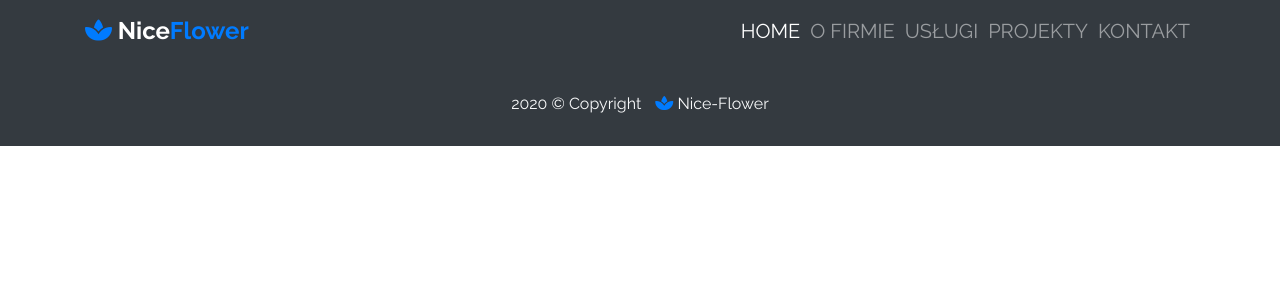
Repository: KrzysKolo/Projekt-13_Kwiaciarnia
Page: abouteus.html
The author's editor kept a copy of each file at every save. The page is drawn from the files as they stood at one save, then again after the next save.
The browser window is 1280 px wide. The pictures show the whole page.
Some web libraries are served in a nearby version.

Above is the page before, as saved 2020-08-10 02:43:42.

### abouteus.html
<!DOCTYPE html>
<html lang="pl">
  <head>
    <meta charset="UTF-8" />
    <meta name="viewport" content="width=device-width, initial-scale=1.0" />
    <title>Nice-Flower</title>
    <script
      src="https://kit.fontawesome.com/21efeaf281.js"
      crossorigin="anonymous"
    ></script>

    <link
      rel="stylesheet"
      href="https://stackpath.bootstrapcdn.com/bootstrap/4.5.0/css/bootstrap.min.css"
      integrity="sha384-9aIt2nRpC12Uk9gS9baDl411NQApFmC26EwAOH8WgZl5MYYxFfc+NcPb1dKGj7Sk"
      crossorigin="anonymous"
    />
    <link
      href="https://fonts.googleapis.com/css2?family=Raleway:wght@400;700&display=swap"
      rel="stylesheet"
    />
    <link rel="stylesheet" href="style.css" />
  </head>
  <body>
    <nav class="navbar navbar-expand-lg navbar-dark bg-dark py-3">
      <div class="container">
        <a class="navbar-brand" href="#"
          ><i class="fas fa-spa text-primary"></i> Nice<span
            class="text-primary"
            >Flower</span
          ></a
        >
        <button
          class="navbar-toggler border-0"
          type="button"
          data-toggle="collapse"
          data-target="#navbarNavAltMarkup"
          aria-controls="navbarNavAltMarkup"
          aria-expanded="false"
          aria-label="Toggle navigation"
        >
          <i class="fas fa-bars px-4"></i>
        </button>
        <div class="collapse navbar-collapse" id="navbarNavAltMarkup">
          <div class="navbar-nav ml-auto">
            <a class="nav-link active" href="index.html"
              >Home <span class="sr-only">(current)</span></a
            >
            <a class="nav-link" href="abouteus.html">O firmie</a>
            <a class="nav-link" href="services.html">Usługi</a>
            <a class="nav-link" href="projects.html">Projekty</a>
            <a class="nav-link" href="contact.html">Kontakt</a>
          </div>
        </div>
      </div>
    </nav>

    <!-- MAIN -->
    <main></main>
    <footer class="bg-dark text-light">
      <p class="py-5 px-3 mb-0 text-center">
        2020 &copy; Copyright
        <i class="ml-3 fas fa-spa text-primary"></i> Nice-Flower
      </p>
    </footer>
    <script
      src="https://code.jquery.com/jquery-3.5.1.slim.min.js"
      integrity="sha384-DfXdz2htPH0lsSSs5nCTpuj/zy4C+OGpamoFVy38MVBnE+IbbVYUew+OrCXaRkfj"
      crossorigin="anonymous"
    ></script>
    <script
      src="https://cdn.jsdelivr.net/npm/popper.js@1.16.0/dist/umd/popper.min.js"
      integrity="sha384-Q6E9RHvbIyZFJoft+2mJbHaEWldlvI9IOYy5n3zV9zzTtmI3UksdQRVvoxMfooAo"
      crossorigin="anonymous"
    ></script>
    <script
      src="https://stackpath.bootstrapcdn.com/bootstrap/4.5.0/js/bootstrap.min.js"
      integrity="sha384-OgVRvuATP1z7JjHLkuOU7Xw704+h835Lr+6QL9UvYjZE3Ipu6Tp75j7Bh/kR0JKI"
      crossorigin="anonymous"
    ></script>
  </body>
</html>

### style.css
* {
  box-sizing: border-box;
  margin: 0;
  padding: 0;
}
html {
  font-size: 62.5%;
}
body {
  font-family: "Raleway", sans-serif;
  font-size: 1.6rem;
}
.hero-shadow {
  position: absolute;
  top: 0;
  width: 100%;
  height: 100%;
  background-color: rgba(0, 0, 0, 0.7);
  z-index: -1;
}
.additional-text {
  font-size: 1.8rem;
}
.top-haro {
  position: relative;
  height: 20rem;
  background-size: cover;
  z-index: 0;
}
.top-haro-text {
  display: flex;
  justify-content: center;
  align-items: center;
  height: 100%;
  font-size: 3.6rem;
  text-transform: uppercase;
}
/* ----------- */
/*  nawigacja  */
/* ----------- */
nav {
  font-size: 2rem;
  text-transform: uppercase;
}
.navbar-toggler {
  font-size: 3rem;
}
.navbar-brand {
  font-size: 2.4rem;
  font-weight: bold;
  text-transform: none;
}
/* ----------- */
/*    header   */
/* ----------- */
header {
  font-size: 2rem;
}
.carousel-item {
  position: relative;
  height: 400px;
  background-position: center;
  background-size: cover;
  z-index: 0;
}
.carousel-img-one {
  background-image: url("./img/b1m.jpg");
}
.carousel-img-two {
  background-image: url("./img/b2m.jpg");
}
.carousel-img-three {
  background-image: url("./img/b4m.jpg");
}
/* ----------- */
/*     main    */
/* ----------- */
.home-boxes {
  padding: 5rem 0;
}
.home-box i {
  font-size: 4rem;
}
.home-box h3 {
  font-size: 2.6rem;
}
/* ----------- */
.home-passion {
  position: relative;
  height: 350px;
  background-image: url("./img/b8m.jpg");
  background-position: center;
  background-size: cover;
  z-index: 0;
}
/* ----------- */
.home-brand h3 {
  font-size: 3rem;
  font-weight: bold;
}
@media (min-width: 1400px) {
  .carousel-item {
    height: 600px;
  }
  .carousel-img-one {
    background-image: url("./img/b1.jpg");
  }
  .carousel-img-two {
    background-image: url("./img/b2.jpg");
  }
  .carousel-img-three {
    background-image: url("./img/b4.jpg");
  }
}

After the next save:
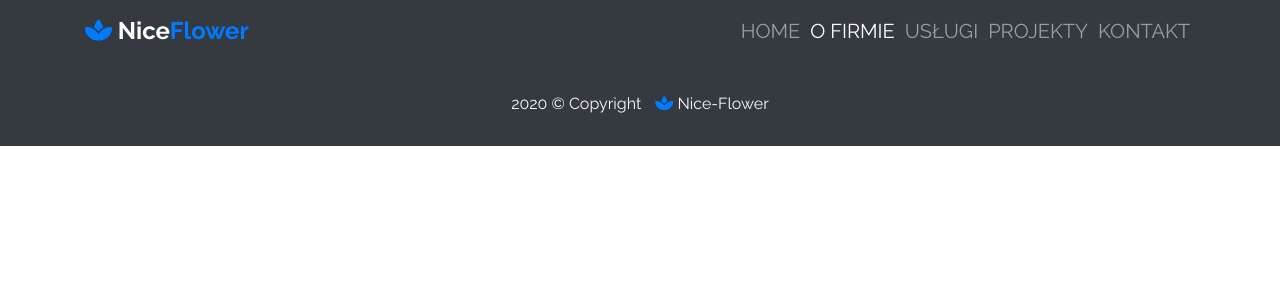
Saved 2 min 27 s later.
--- a/abouteus.html
+++ b/abouteus.html
@@ -43,10 +43,10 @@
         </button>
         <div class="collapse navbar-collapse" id="navbarNavAltMarkup">
           <div class="navbar-nav ml-auto">
-            <a class="nav-link active" href="index.html"
+            <a class="nav-link" href="index.html"
               >Home <span class="sr-only">(current)</span></a
             >
-            <a class="nav-link" href="abouteus.html">O firmie</a>
+            <a class="nav-link active" href="abouteus.html">O firmie</a>
             <a class="nav-link" href="services.html">Usługi</a>
             <a class="nav-link" href="projects.html">Projekty</a>
             <a class="nav-link" href="contact.html">Kontakt</a>
